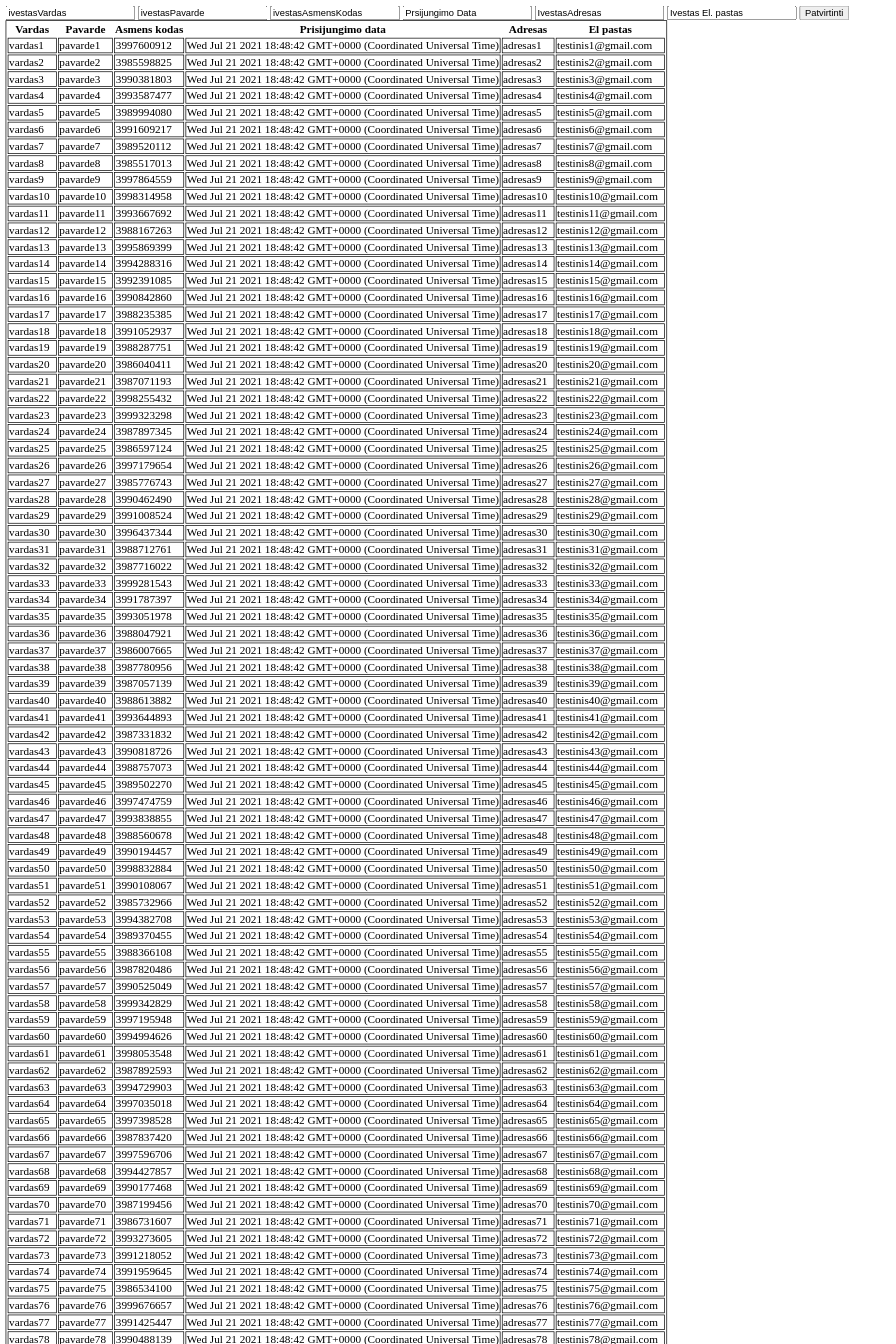
Repository: motiejus1/29-paskaita-05.31
Page: index.html
The author's editor kept a copy of each file at every save. The page is drawn from the files as they stood at one save, then again after the next save.
The browser window is 1280 px wide. The pictures show the part of the page from y = 0 to 1920 px (the page is 4863 px tall before and 4887 px after), at 70% of full size.
After loading, the first visible `button.patvirtinti` was clicked once.

Above is the page before, as saved 2021-07-21 19:02:53.

### index.html
<!DOCTYPE html>
<html lang="en">
<head>
    <meta charset="UTF-8">
    <meta http-equiv="X-UA-Compatible" content="IE=edge">
    <meta name="viewport" content="width=device-width, initial-scale=1.0">
    <title>29 paskaita</title>
    <style>
        table {
            border: 1px solid black;
        }

        td {
            border: 1px solid black;
        }
    </style>
</head>
<body>

    <div class="kliento-ivedimas">
        <input type="text" id="vardas" name="vardas" placeholder="Vardas" value="ivestasVardas"/>
        <input type="text" id="pavarde" name="pavarde" placeholder="Pavarde" value="ivestasPavarde" />
        <input type="text" id="asmensKodas" name="asmensKodas" placeholder="Asmens kodas" value="ivestasAsmensKodas" />
        <input type="text" id="prsijungimData" name="prsijungimData" placeholder="Prsijungimo Data" value="Prsijungimo Data" />
        <input type="text" id="adresas" name="adresas" placeholder="Adresas" value="IvestasAdresas" />
        <input type="text" id="elpastas" name="elpastas" placeholder="El. pastas" value="Ivestas El. pastas" />
        <button class="patvirtinti">Patvirtinti</button>
    </div>


    <table class="klientai">
        <tr>
            <th>Vardas</th>
            <th>Pavarde</th>
            <th>Asmens kodas</th>
            <th>Prisijungimo data</th>
            <th>Adresas</th>
            <th>El pastas</th>
        </tr>
    </table>

    <script>
        "use strict";

// 3. Susikurti objektą "Klientas".
// Kintamieji:
// vardas
// pavarde
// asmens kodas
// prisijungimo data
// adresas
// elpastas.

// Sukurti 200 "Klientas" objektų masyvą. "Klientas" duomenis užpildyti savo nuožiūrą.
// Visą "Klientas" objektų masyvą atvaizduoti lentelėje <table>.

    function getRndInteger(min, max) {
        return Math.floor(Math.random() * (max - min + 1) ) + min;
    }

    var klientuMasyvas = [];

    // Klientu generavimas
    for(var i=0; i< 200; i++) {
        var klientas = {
            vardas: "",
            pavarde: "",
            asmensKodas: "",
            prsijungimData: "",
            adresas: "",
            elpastas: ""
        }

        klientas.vardas = "vardas"+(i+1);
        klientas.pavarde = "pavarde"+(i+1);
        // klientas.asmensKodas = "3985254515" + (i+1);
        klientas.asmensKodas = getRndInteger(3985254515, 3999999999);
        klientas.prsijungimData = new Date();
        klientas.adresas = "adresas" + (i+1);
        klientas.elpastas = "testinis"+(i+1) + "@gmail.com";
        klientuMasyvas.push(klientas);
    }

    //Klientu atvaizdavimas
    var isvedimoElementas = document.querySelector(".klientai");

    for (var i=0; i< klientuMasyvas.length; i++) {
        // tiesiog sukurti tuscias eilutes
        var eilute = document.createElement("tr");
        eilute.classList.add("klientas");

        //Vardo atvaizdavimas
        var vardas = document.createElement("td");
        vardas.innerText = klientuMasyvas[i].vardas;
        eilute.append(vardas);

        //Pavarde atvaizdavimas
        var pavarde = document.createElement("td");
        pavarde.innerText = klientuMasyvas[i].pavarde;
        eilute.append(pavarde);

        //Asmens kodas atvaizdavimas
        var asmensKodas = document.createElement("td");
        asmensKodas.innerText = klientuMasyvas[i].asmensKodas;
        eilute.append(asmensKodas);

        //prsijungimData atvaizdavimas
        var prsijungimData = document.createElement("td");
        prsijungimData.innerText = klientuMasyvas[i].prsijungimData;
        eilute.append(prsijungimData);

        // Adresas atvaizdavimas
        var adresas = document.createElement("td");
        adresas.innerText = klientuMasyvas[i].adresas;
        eilute.append(adresas);

        // elpastas atvaizdavimas
        var elpastas = document.createElement("td");
        elpastas.innerText = klientuMasyvas[i].elpastas;
        eilute.append(elpastas);

        isvedimoElementas.append(eilute);
    }


    document.querySelector(".patvirtinti").addEventListener("click", function() {
        //is inputu pasiimt visa informacija +
        //paimta informacija is input laukeliu turetu buti sudedama i objekta +
        //objektas patalpinamas i masyva
        //atvaizdavimas

        var inputVardas = document.querySelector("#vardas").value;
        var inputPavarde = document.querySelector("#pavarde").value;
        var inputAsmensKodas = document.querySelector("#asmensKodas").value;
        var inputPrisijungimoData = document.querySelector("#prsijungimData").value;
        var inputAdresas = document.querySelector("#adresas").value;
        var inputElpastas = document.querySelector("#elpastas").value;

        klientas = {
            vardas: inputVardas,
            pavarde: inputPavarde,
            asmensKodas: inputAsmensKodas,
            prsijungimData: inputPrisijungimoData,
            adresas: inputAdresas,
            elpastas: inputElpastas
        }

        klientuMasyvas.push(klientas);

        console.log(klientuMasyvas);

    });


    // console.log(klientuMasyvas);

    </script>
</body>
</html>

After the next save:
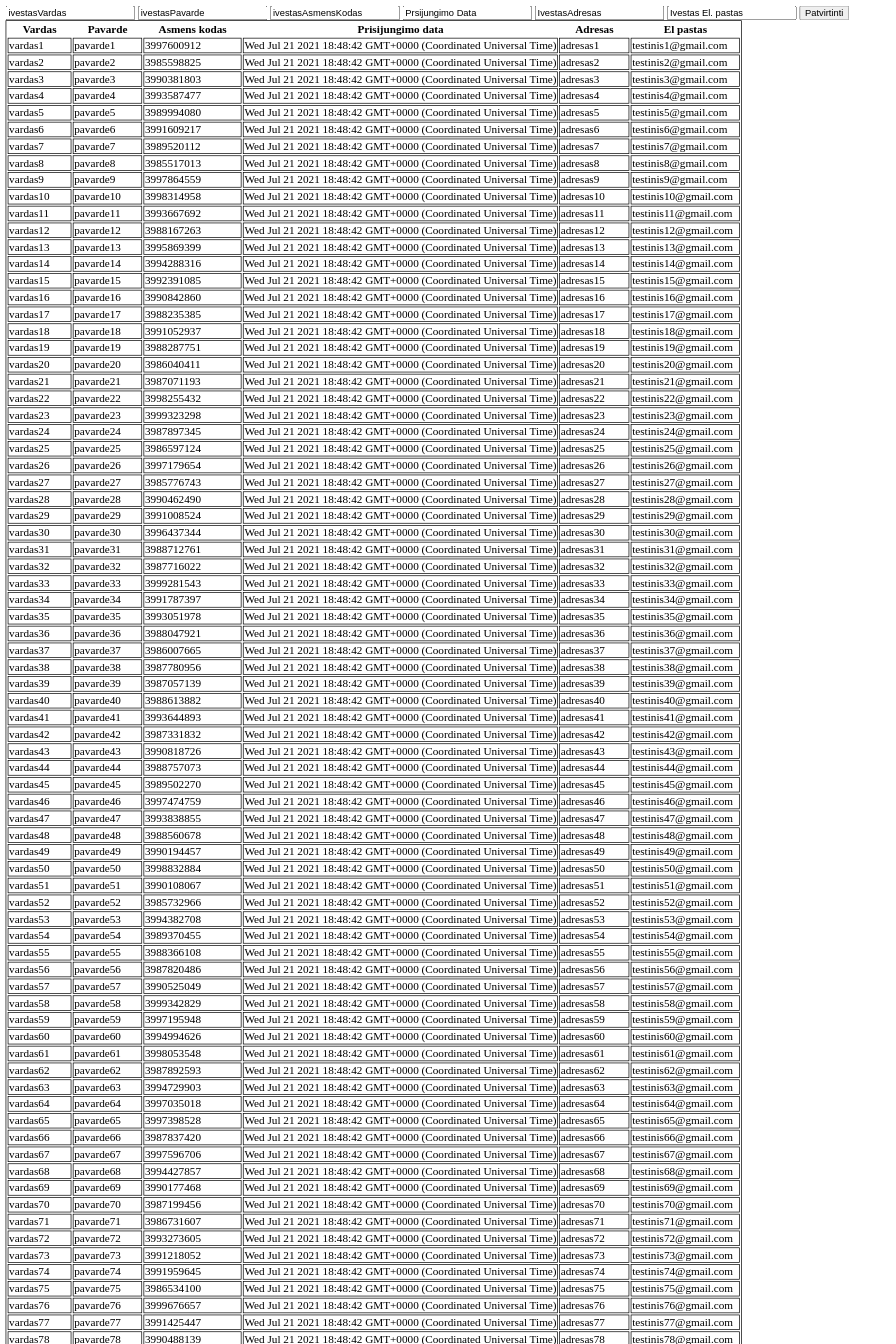
Saved 3 min 33 s later.
--- a/index.html
+++ b/index.html
@@ -147,6 +147,44 @@
 
         klientuMasyvas.push(klientas);
 
+        // tiesiog sukurti tuscias eilutes
+        var eilute = document.createElement("tr");
+        eilute.classList.add("klientas");
+
+        //Vardo atvaizdavimas
+        var vardas = document.createElement("td");
+        vardas.innerText = klientuMasyvas[i].vardas;
+        eilute.append(vardas);
+
+        //Pavarde atvaizdavimas
+        var pavarde = document.createElement("td");
+        pavarde.innerText = klientuMasyvas[i].pavarde;
+        eilute.append(pavarde);
+
+        //Asmens kodas atvaizdavimas
+        var asmensKodas = document.createElement("td");
+        asmensKodas.innerText = klientuMasyvas[i].asmensKodas;
+        eilute.append(asmensKodas);
+
+        //prsijungimData atvaizdavimas
+        var prsijungimData = document.createElement("td");
+        prsijungimData.innerText = klientuMasyvas[i].prsijungimData;
+        eilute.append(prsijungimData);
+
+        // Adresas atvaizdavimas
+        var adresas = document.createElement("td");
+        adresas.innerText = klientuMasyvas[i].adresas;
+        eilute.append(adresas);
+
+        // elpastas atvaizdavimas
+        var elpastas = document.createElement("td");
+        elpastas.innerText = klientuMasyvas[i].elpastas;
+        eilute.append(elpastas);
+
+        isvedimoElementas.append(eilute);
+
+
+
         console.log(klientuMasyvas);
 
     });
